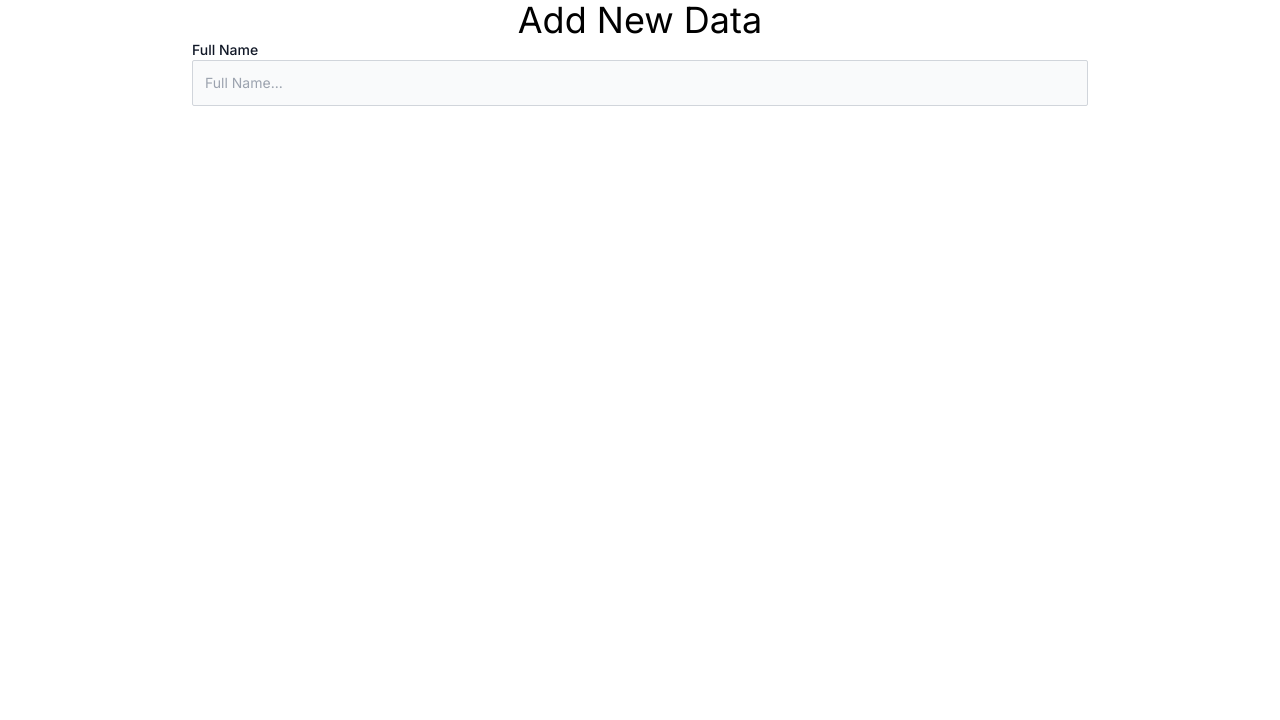
Repository: KilluaProject/crud-nextjs14
Page: /contacts/create
An editor plug-in stored every save of this project. The page is shown before and after the next save, followed by the edit.
The browser window is 1280 px wide. The pictures show the whole page.
The project was rebuilt for these pictures with package versions that can differ from the ones it lists, and the page was loaded fresh each time. The framework's server and built-in components were replaced by stand-ins that run in the browser. Also part of the build but not shown: next.config.mjs.

Above is the page before, as saved 2024-06-30 14:09:17.

After the next save:
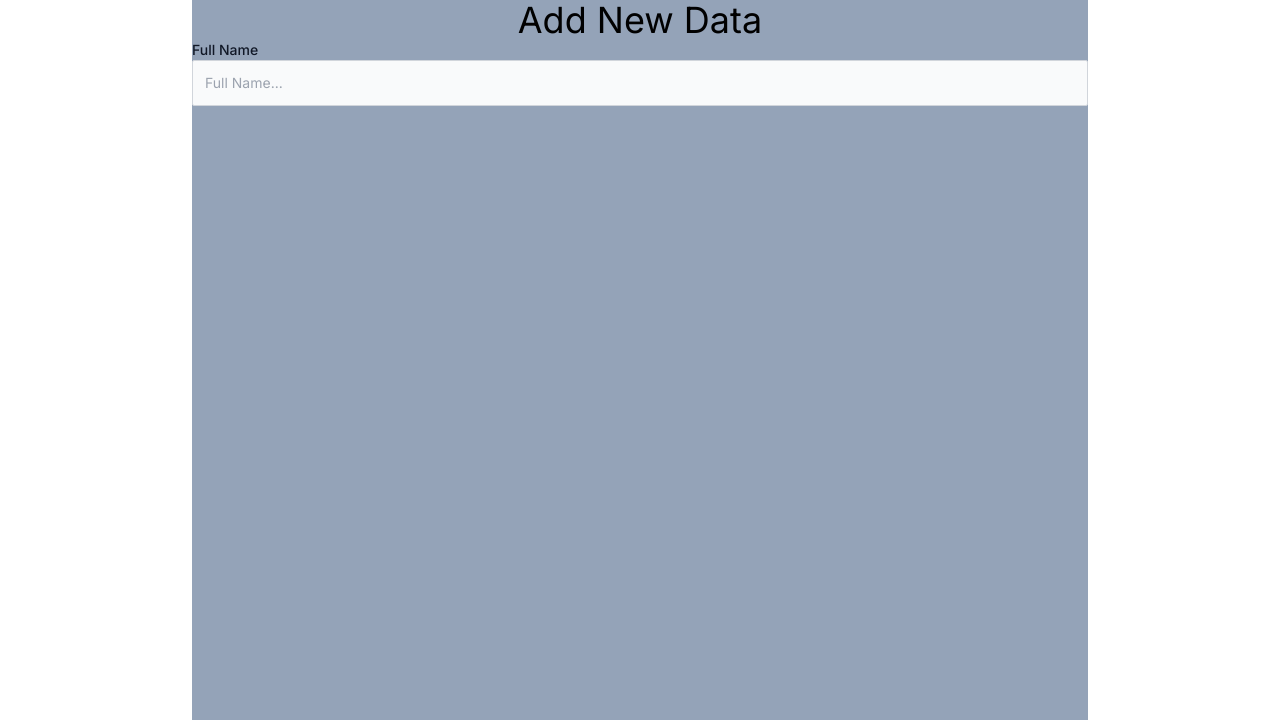
Saved 20 s later.
--- a/app/contacts/create/page.tsx
+++ b/app/contacts/create/page.tsx
@@ -3,7 +3,7 @@ import React from 'react'
 
 const CreateContact = () => {
   return (
-    <div className=' max-w-4xl m-auto min-h-screen items-center justify-center '>
+    <div className='max-w-4xl m-auto min-h-screen items-center justify-center bg-slate-400 '>
       <h1 className='text-4xl text-center'>
         Add New Data
       </h1>
